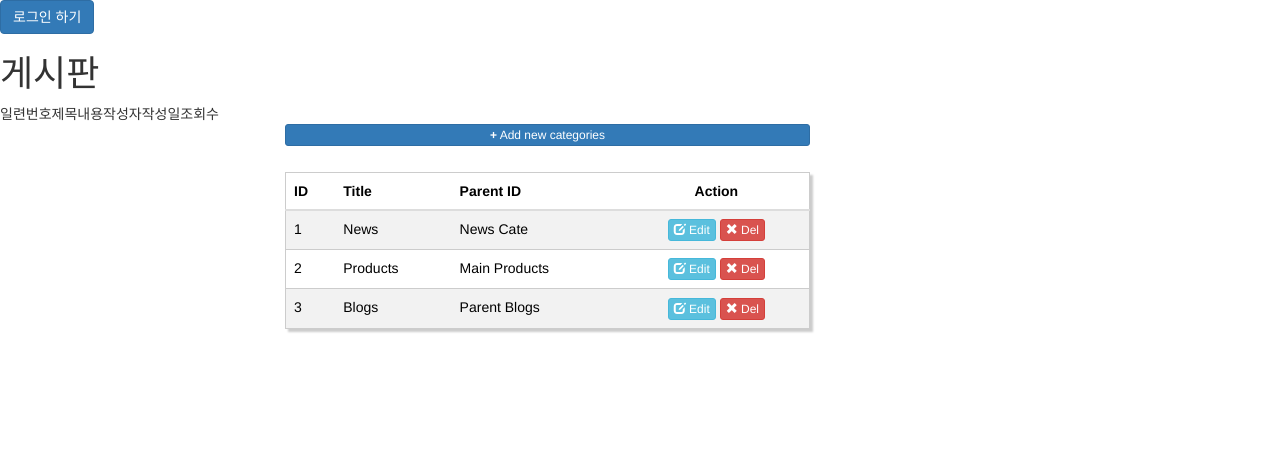
Repository: cheez0909/JSP
Page: http://localhost/1103/session/ServletEX/Board.jsp
The author's editor kept a copy of each file at every save. The page is drawn from the files as they stood at one save, then again after the next save.
The browser window is 1280 px wide. The pictures show the whole page.
Some web libraries are served in a nearby version. The page is served by Tomcat 9. Other server files are loaded and not shown. The template is opened directly, without the code that normally fills it, so the values that code supplies are empty.

Above is the page before, as saved 2023-11-09 05:20:03.

### 1103/src/main/webapp/session/ServletEX/Board.jsp
<%@page import="com.momo.dto.BoardDTO"%>
<%@page import="java.util.List"%>
<%@page import="com.momo.dto.memberDTO"%>
<%@ page language="java" contentType="text/html; charset=UTF-8"
    pageEncoding="UTF-8"%>
<!DOCTYPE html>
<html>
<head>
<meta charset="UTF-8">
<title>게시판</title>
<link href="https://cdn.jsdelivr.net/npm/bootstrap@5.3.1/dist/css/bootstrap.min.css" rel="stylesheet" integrity="sha384-4bw+/aepP/YC94hEpVNVgiZdgIC5+VKNBQNGCHeKRQN+PtmoHDEXuppvnDJzQIu9" crossorigin="anonymous">
<link href="http://netdna.bootstrapcdn.com/bootstrap/3.0.0/css/bootstrap.min.css" rel="stylesheet">
    <style type="text/css">
        .custab{
    border: 1px solid #ccc;
    padding: 5px;
    margin: 5% 0;
    box-shadow: 3px 3px 2px #ccc;
    transition: 0.5s;
    }
.custab:hover{
    box-shadow: 3px 3px 0px transparent;
    transition: 0.5s;
    }
    </style>

<script src="http://code.jquery.com/jquery-1.11.1.min.js"></script>
    <script src="http://netdna.bootstrapcdn.com/bootstrap/3.0.0/js/bootstrap.min.js"></script>

<script>
window.onload = function() {

	let logoutBtn = document.querySelector("#logout_button");

	if(logoutBtn!=null){
		logoutBtn.onclick = function(){
			alert("로그아웃합니다.");
			LoginForm.action = "/LogoutController";
			LoginForm.submit();
		};
	}



	let loginBtn = document.querySelector("#login_button");

	// 널처리를 안하면 오류남!
	if(loginBtn!=null){
	loginBtn.addEventListener('click', function(){
		alert("로그인합니다")
		LoginForm.action = "Login.jsp";
		LoginForm.submit();
	});
	}
}
</script>
</head>
<body>
<!-- 로그인 / 로그아웃 링크 보여주기
	세션에 user_id가 null이 아니라면 로그아웃 버튼
	null이면 로그인
 -->
<form name="LoginForm">
<%

	memberDTO dto = (memberDTO) session.getAttribute("dto");
	if(dto!=null){ %>
		<%=dto.getName() %> 님 환영합니다
		<button type="button" class="btn btn-primary" id="logout_button" style="user-select: auto;">로그아웃 하기</button>
	<%} else {%>
		<button type="button" class="btn btn-primary" id="login_button" style="user-select: auto;">로그인 하기</button>
	<%} %>
</form>




	<h1>게시판</h1>
	<table>
		<tr>
			<td>일련번호</td>
			<td>제목</td>
			<td>내용</td>
			<td>작성자</td>
			<td>작성일</td>
			<td>조회수</td>
		</tr>

<%
	if(request.getAttribute("boarddto")!=null){
		List<BoardDTO> dtos = ( List<BoardDTO> ) request.getAttribute("boarddto");
		for(BoardDTO num : dtos){%>
			<tr>
				<td><%=num.getNum() %></td>
				<td><%=num.getTitle() %></td>
				<td><%=num.getContent() %></td>
				<td><%=num.getId() %></td>
				<td><%=num.getPostdate() %></td>
				<td><%=num.getVisitcount() %></td>
			</tr>

<%}
}%>
</table>


<div class="container">
    <div class="row col-md-6 col-md-offset-2 custyle">
    <table class="table table-striped custab">
    <thead>
    <a href="#" class="btn btn-primary btn-xs pull-right"><b>+</b> Add new categories</a>
        <tr>
            <th>ID</th>
            <th>Title</th>
            <th>Parent ID</th>
            <th class="text-center">Action</th>
        </tr>
    </thead>
            <tr>
                <td>1</td>
                <td>News</td>
                <td>News Cate</td>
                <td class="text-center"><a class='btn btn-info btn-xs' href="#"><span class="glyphicon glyphicon-edit"></span> Edit</a> <a href="#" class="btn btn-danger btn-xs"><span class="glyphicon glyphicon-remove"></span> Del</a></td>
            </tr>
            <tr>
                <td>2</td>
                <td>Products</td>
                <td>Main Products</td>
                <td class="text-center"><a class='btn btn-info btn-xs' href="#"><span class="glyphicon glyphicon-edit"></span> Edit</a> <a href="#" class="btn btn-danger btn-xs"><span class="glyphicon glyphicon-remove"></span> Del</a></td>
            </tr>
            <tr>
                <td>3</td>
                <td>Blogs</td>
                <td>Parent Blogs</td>
                <td class="text-center"><a class='btn btn-info btn-xs' href="#"><span class="glyphicon glyphicon-edit"></span> Edit</a> <a href="#" class="btn btn-danger btn-xs"><span class="glyphicon glyphicon-remove"></span> Del</a></td>
            </tr>
    </table>
    </div>
</div>
<script type="text/javascript"></script>
	<script src="https://cdn.jsdelivr.net/npm/bootstrap@5.3.1/dist/js/bootstrap.bundle.min.js" integrity="sha384-HwwvtgBNo3bZJJLYd8oVXjrBZt8cqVSpeBNS5n7C8IVInixGAoxmnlMuBnhbgrkm" crossorigin="anonymous"></script>
</body>
</html>

After the next save:
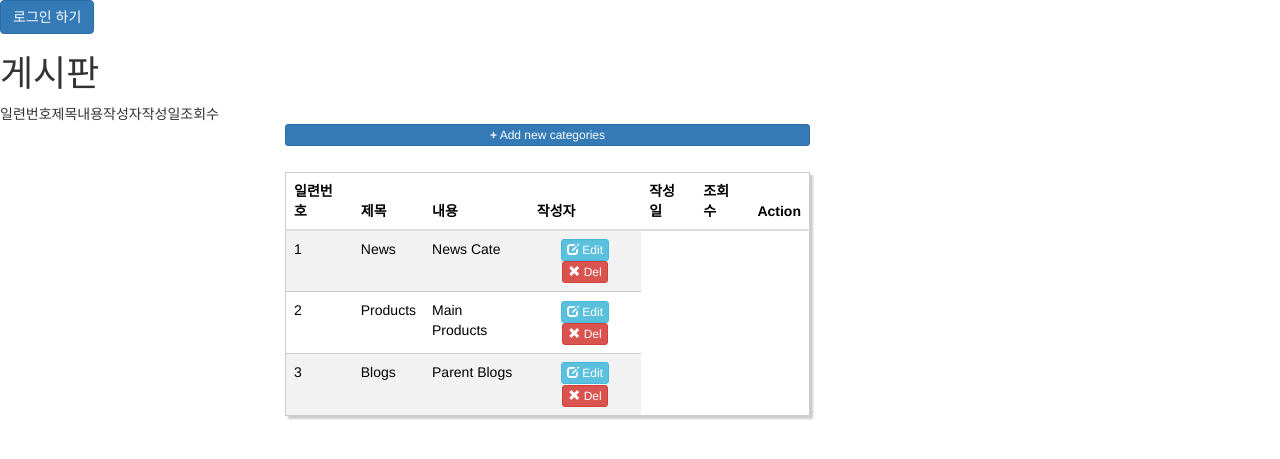
Saved 46 s later.
--- a/1103/src/main/webapp/session/ServletEX/Board.jsp
+++ b/1103/src/main/webapp/session/ServletEX/Board.jsp
@@ -110,9 +110,12 @@ window.onload = function() {
     <thead>
     <a href="#" class="btn btn-primary btn-xs pull-right"><b>+</b> Add new categories</a>
         <tr>
-            <th>ID</th>
-            <th>Title</th>
-            <th>Parent ID</th>
+            <th>일련번호</th>
+            <th>제목</th>
+            <th>내용</th>
+            <th>작성자</th>
+            <th>작성일</th>
+			<th>조회수</th>
             <th class="text-center">Action</th>
         </tr>
     </thead>
